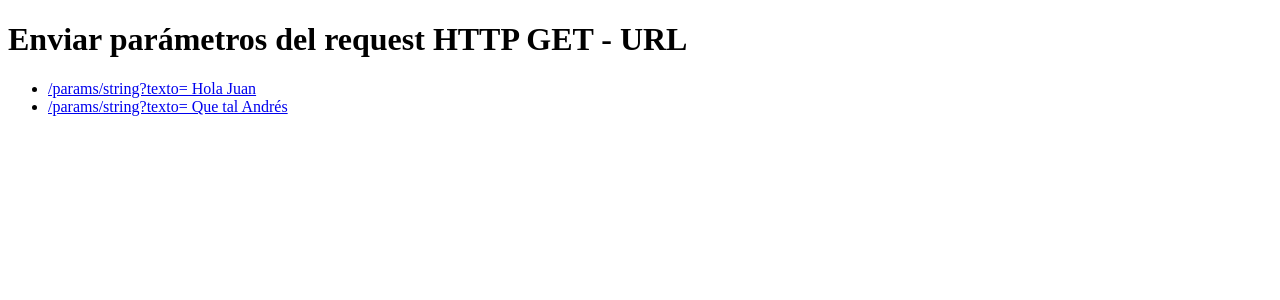
Repository: JuanfranciscoMo/-Spring-Boot-Spring-Framework
Page: http://localhost/params/index
The author's editor kept a copy of each file at every save. The page is drawn from the files as they stood at one save, then again after the next save.
The browser window is 1280 px wide. The pictures show the whole page.
The page is this project's Thymeleaf template; nobody is signed in. The template is opened directly, without the code that normally fills it, so the values that code supplies are empty.

Above is the page before, as saved 2026-06-11 02:33:59.

After the next save:
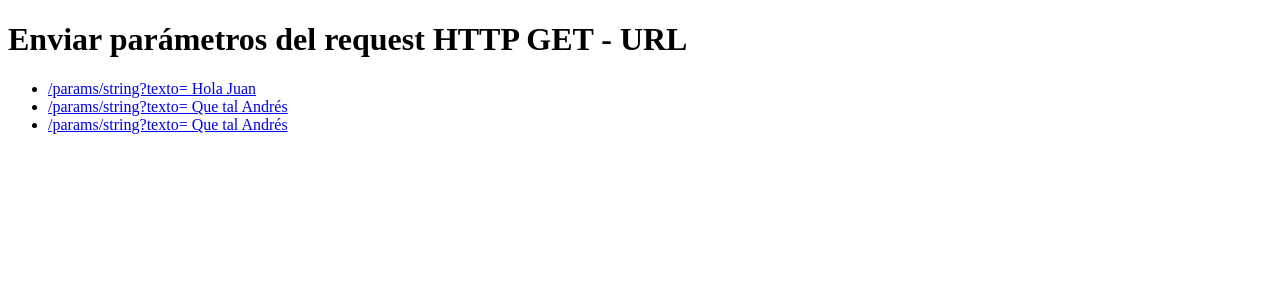
Saved 2 min 31 s later.
--- a/spring-boot-web/src/main/resources/templates/params/index.html
+++ b/spring-boot-web/src/main/resources/templates/params/index.html
@@ -11,12 +11,9 @@
 <body>
 	<h1>Enviar parámetros del request HTTP GET - URL</h1>
 	<ul>
-		<li>
-			<a th:href="@{/params/string(texto='Hola Juan')}">/params/string?texto= Hola Juan</a>
-		</li>
-		<li>
-			<a th:href="@{/params/string(texto='Que tal Andrés!')}">/params/string?texto= Que tal Andrés</a>
-		</li>
+		<li><a th:href="@{/params/string(texto='Hola Juan')}">/params/string?texto= Hola Juan</a></li>
+		<li><a th:href="@{/params/string(texto='Que tal Andrés!')}">/params/string?texto= Que tal Andrés</a></li>
+		<li><a th:href="@{/params/mix-params(saludo='Que tal Andrés!')}">/params/string?texto= Que tal Andrés</a></li>
 	</ul>
 </body>
 
